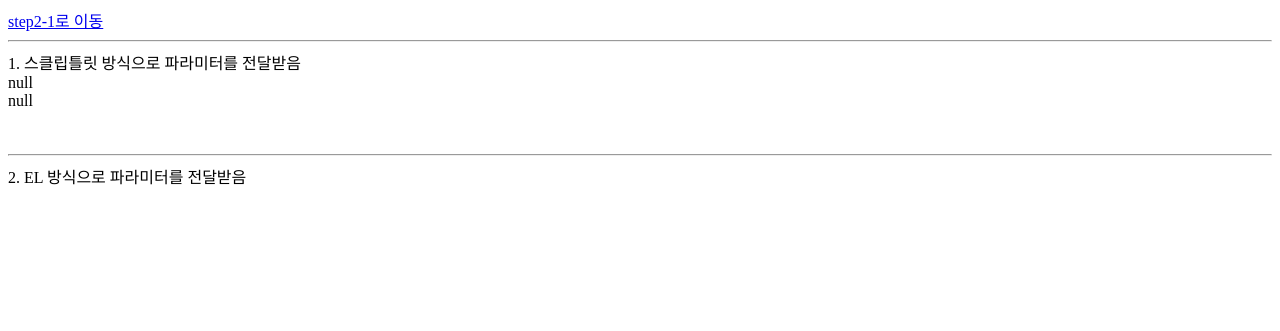
Repository: dhalfks/jsp_230602
Page: http://localhost/jstl_study/step2-2.jsp
An editor plug-in stored every save of this project. The page is shown before and after the next save, followed by the edit.
The browser window is 1280 px wide. The pictures show the whole page.
The page is served by Tomcat 9.

Above is the page before, as saved 2023-05-09 06:44:45.

After the next save:
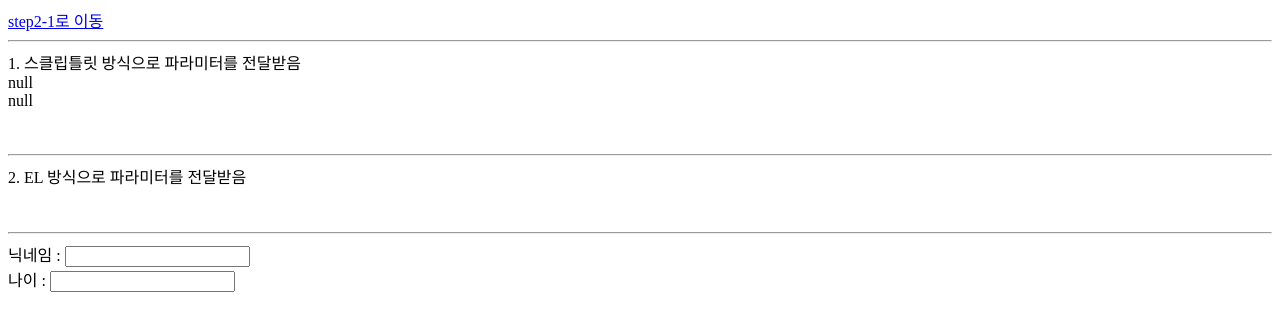
Saved 2 min 3 s later.
--- a/jstl_project/jstl_study/src/main/webapp/step2-2.jsp
+++ b/jstl_project/jstl_study/src/main/webapp/step2-2.jsp
@@ -21,6 +21,13 @@
 
 	<!-- EL 방식으로 값이 null이 오게되면 브라우저에 아무값도 출력지 않는다 -->
 
+	<hr>
+
+	<form action="step2-3.jsp">
+	닉네임 : <input type="text" name="nick" /><br>
+	나이 : <input type="text" name="age">
+
+	</form>
 
 </body>
 </html>
